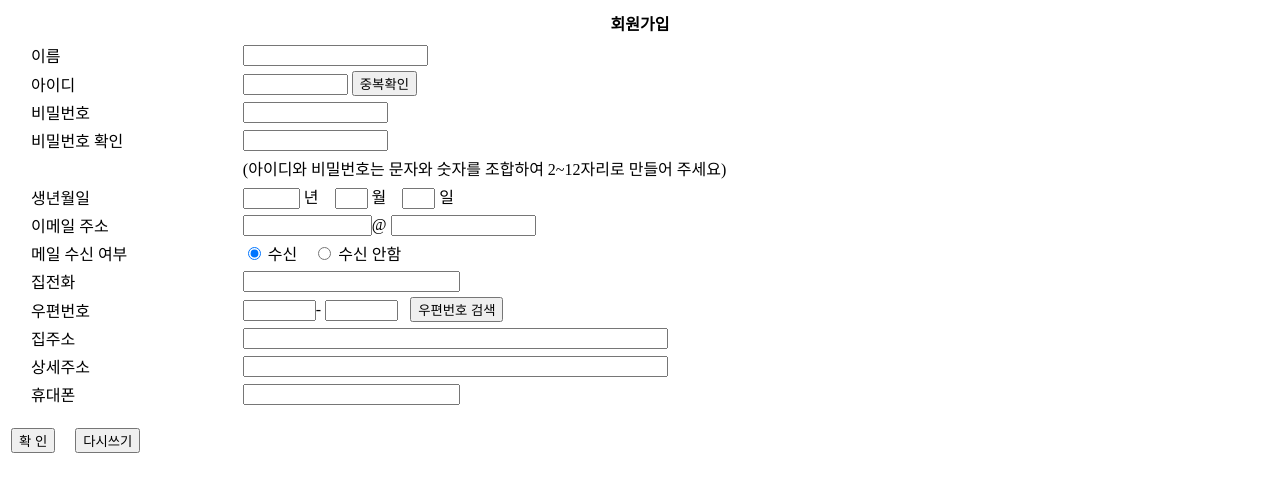
Repository: ekgus419/hckj
Page: http://localhost/Railro/WEB-INF/views/index.jsp
An editor plug-in stored every save of this project. The page is shown before and after a run of saves, followed by the edit.
The browser window is 1280 px wide. The pictures show the whole page.
The page is served by Tomcat 9. Nobody is signed in. Other server files are loaded and not shown. The template is opened directly, without the code that normally fills it, so the values that code supplies are empty.

Above is the page before, as saved 2016-08-19 11:09:44.

### Railro/src/main/webapp/WEB-INF/views/index.jsp
<%@ page language="java" pageEncoding="UTF-8" trimDirectiveWhitespaces="true"%>

<div class="content">
		<form name="joinform" action="" method="post" onsubmit="return check()">
			<table class="join" width="100%">
				<tr>
					<th colspan="100%">
						<div class="join-title"><span>회원가입</span></div>
					</th>
				</tr>
				<tr>
					<td colspan=2>
				<tr>
					<td width="17%">
						&nbsp;&nbsp;&nbsp;&nbsp;
						이름
					</td>
					<td>
						&nbsp;&nbsp;&nbsp;
						<input type="text" name="MEMBER_NAME" size="20"/>
					</td>
				</tr>
				<tr>
					<td>
						&nbsp;&nbsp;&nbsp;&nbsp;
						아이디
					</td>
					<td>
						&nbsp;&nbsp;&nbsp;
						<input type="text" name="MEMBER_ID" size="10" maxlength=15/>
						<input type="button" name="confirm_id" value="중복확인"
							onclick="openConfirmId(this.form)" />
					</td>
				</tr>
				<tr>
					<td>
						&nbsp;&nbsp;&nbsp;&nbsp;
						비밀번호
					</td>
					<td>
						&nbsp;&nbsp;&nbsp;
						<input type="password" name="MEMBER_PW" size="15"/>
					</td>
				</tr>
				<tr>
					<td>
						&nbsp;&nbsp;&nbsp;&nbsp;
						비밀번호 확인
					</td>
					<td>
						&nbsp;&nbsp;&nbsp;
						<input type="password" name="MEMBER_PW2" size="15" />
					</td>
				</tr>
				<tr>
					<td>&nbsp;</td>
					<td>
					&nbsp;&nbsp;&nbsp;
					(아이디와 비밀번호는 문자와 숫자를 조합하여 2~12자리로 만들어 주세요)
					</td>
				</tr>
				<tr>
					<td>
						&nbsp;&nbsp;&nbsp;&nbsp;
						생년월일
					</td>
					<td>
						&nbsp;&nbsp;&nbsp;
						<input type="text" name="" size="4" maxlength="4"/>
						년
						&nbsp;&nbsp;
						<input type="text" name="" size="1" maxlength="2"/>
						월
						&nbsp;&nbsp;
						<input type="text" name="" size="1" maxlength="2"/>
						일
					</td>
				</tr>
				<tr>
					<td>
						&nbsp;&nbsp;&nbsp;&nbsp;
						이메일 주소
					</td>
					<td>
						&nbsp;&nbsp;&nbsp;
						<input type="text" name="MEMBER_EMAIL1" size="13"/>@
						<input type="text" name="MEMBER_EMAIL2" size="15"/>
					</td>
				</tr>
				<tr>
					<td>
						&nbsp;&nbsp;&nbsp;&nbsp;
						메일 수신 여부
					</td>
					<td>
						&nbsp;&nbsp;&nbsp;
						<input type="radio" name="MEMBER_EMAIL_GET" value="YES" checked/>
						수신
						&nbsp;&nbsp;
						<input type="radio" name="MEMBER_EMAIL_GET" value="NO"/>
						수신 안함
					</td>
				</tr>
				<tr>
					<td>
						&nbsp;&nbsp;&nbsp;&nbsp;
						집전화
					</td>
					<td>
						&nbsp;&nbsp;&nbsp;
						<input type="text" name="MEMBER_PHONE" size="24"/>
					</td>
				</tr>
				<tr>
					<td>
						&nbsp;&nbsp;&nbsp;&nbsp;
						우편번호
					</td>
					<td>
						&nbsp;&nbsp;&nbsp;
						<input type="text" name="MEMBER_ZIPCODE1" size="6"
							onkeypress="gNumCheck()" maxlength="3"/>-
						<input type="text" name="MEMBER_ZIPCODE2" size="6"
							onkeypress="gNumCheck()" maxlength="3" />&nbsp;&nbsp;
						<input type="button" name="zipcode" value="우편번호 검색"
							onclick="openZipcode(this.form)" />
					</td>
				</tr>
				<tr>
					<td>
						&nbsp;&nbsp;&nbsp;&nbsp;
						집주소
					</td>
					<td>
						&nbsp;&nbsp;&nbsp;
						<input type="text" name="MEMBER_ADDR1" size="50" />
					</td>
				</tr>
				<tr>
					<td>
						&nbsp;&nbsp;&nbsp;&nbsp;
						상세주소
					</td>
					<td>
						&nbsp;&nbsp;&nbsp;
						<input type="text" name="MEMBER_ADDR2" size="50" />
					</td>
				</tr>
				<tr>
					<td>
						&nbsp;&nbsp;&nbsp;&nbsp;
						휴대폰
					</td>
					<td>
						&nbsp;&nbsp;&nbsp;
						<input type="text" name="MEMBER_MOBILE" size="24" />
					</td>
				</tr>
				<tr>
					<td class="btn" colspan="100%">
						<br />
						<input type="submit" value="확 인" />
						&nbsp;&nbsp;&nbsp;
						<input type="reset" value="다시쓰기" />
					</td>
				</tr>
			</table>
		</form>
</div>

After the next 2 saves:
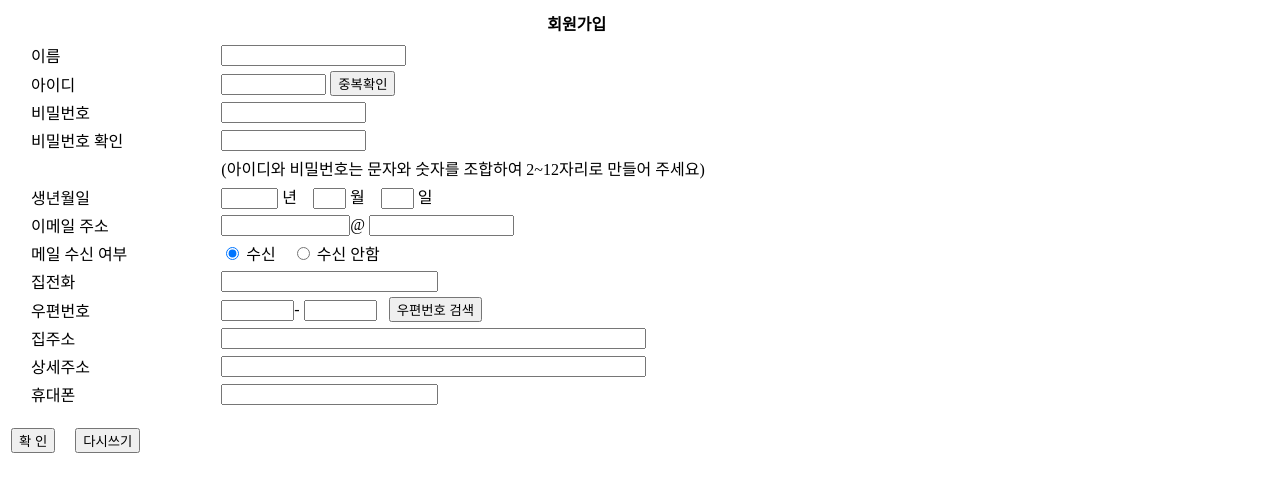
The 2 saves are shown as one change because they came seconds apart.
The last was saved 28 s later.
--- a/Railro/src/main/webapp/WEB-INF/views/index.jsp
+++ b/Railro/src/main/webapp/WEB-INF/views/index.jsp
@@ -2,7 +2,7 @@
 
 <div class="content">
 		<form name="joinform" action="" method="post" onsubmit="return check()">
-			<table class="join" width="100%">
+			<table class="join" width="90%">
 				<tr>
 					<th colspan="100%">
 						<div class="join-title"><span>회원가입</span></div>
